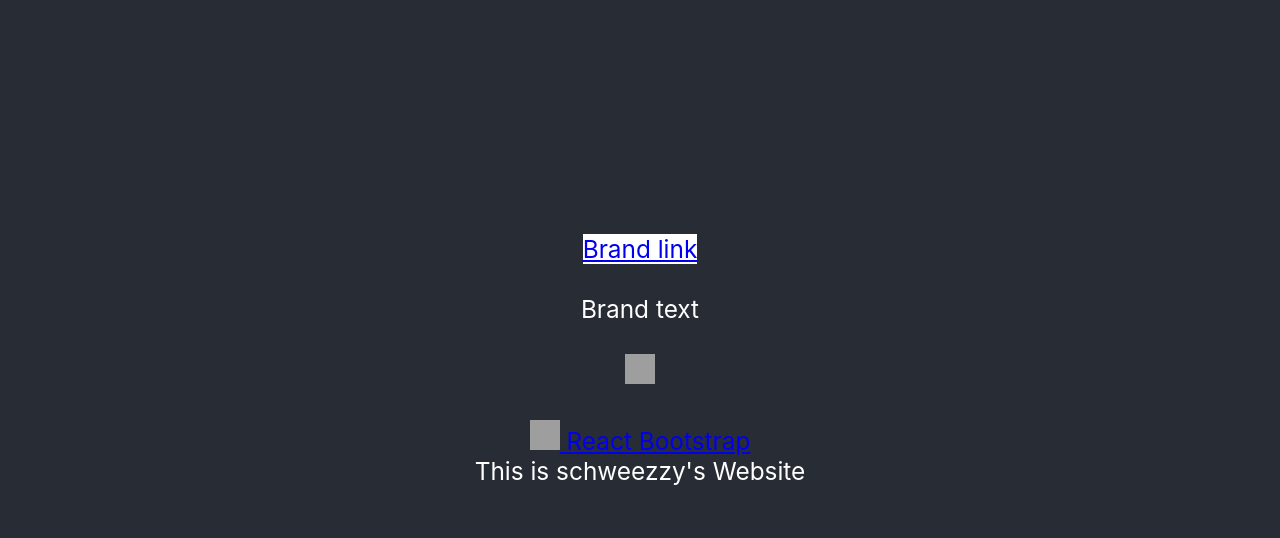
Repository: schweizercode/schweezzy
Page: /
These files come from the project's save history. The page is drawn as it stood at one moment and after the next save; the edit follows.
The browser window is 1280 px wide. The pictures show the whole page.
Pictures or frames that could not be fetched are drawn as grey boxes. The project was rebuilt for these pictures with package versions that can differ from the ones it lists, and the page was loaded fresh each time.

Above is the page before, as saved 2021-04-12 14:05:36.

After the next save:
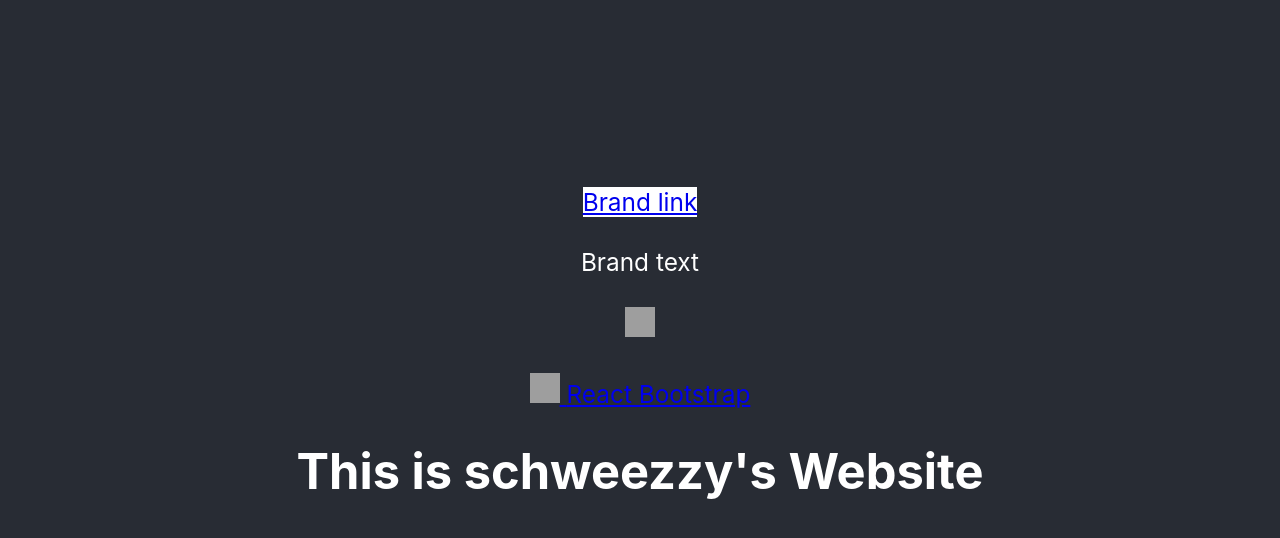
Saved 40 min 18 s later.
--- a/src/App.js
+++ b/src/App.js
@@ -8,7 +8,7 @@ function App() {
     <div className="App">
       <header className="App-header">
         <Navbar />
-        <a> This is schweezzy's Website</a>
+        <h1> This is schweezzy's Website</h1>
 
       </header>
     </div>
